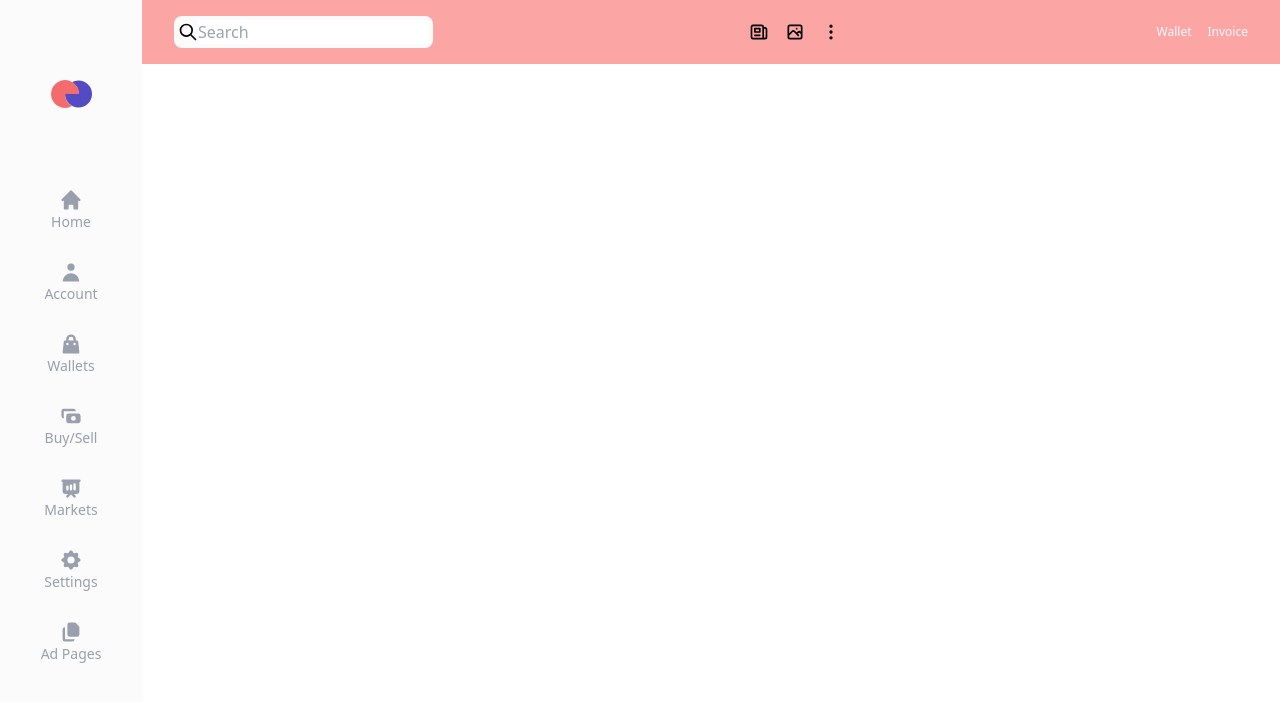
Repository: almaqdad55/crypto-app-nextjs
Page: /
The author's editor kept a copy of each file at every save. The page is drawn from the files as they stood at one save, then again after the next save.
The browser window is 1280 px wide. The pictures show the whole page.
The project was rebuilt for these pictures with package versions that can differ from the ones it lists, and the page was loaded fresh each time. The framework's server and built-in components were replaced by stand-ins that run in the browser.

Above is the page before, as saved 2022-01-04 20:07:12.

### pages/index.js
import Head from 'next/head';
import Sidebar from '../components/Sidebar';
import Feed from '../components/Feed';

export default function Home() {
  return (
    <div className="">
      <Head>
        <title>Crypto Trade</title>
        <link rel="icon" href="/logo.svg" />
      </Head>

      <main className="flex">
        <Sidebar />
        <Feed />
        {/* Widget */}
      </main>
    </div>
  );
}

### styles/globals.css
@import url('https://fonts.googleapis.com/css2?family=Lato:wght@300;400;700&display=swap');

@tailwind base;
@tailwind components;
@tailwind utilities;

@layer base {
  body {
    @apply bg-white;
  }
}

@layer components {
  .icon-group {
    @apply flex flex-col  items-center text-sm cursor-pointer text-[#9A9FAD] hover:text-[#544AC3] transition duration-200;
  }
}

### components/Sidebar.jsx
import {
  HomeIcon,
  UserIcon,
  CashIcon,
  ShoppingBagIcon,
  PresentationChartBarIcon,
  CogIcon,
  DocumentDuplicateIcon,
} from '@heroicons/react/solid';

const Sidebar = () => {
  return (
    <div className="flex flex-col items-center  h-screen w-[142px]  bg-[#fbfbfb] ">
      <div className="mt-20">
        <img src="/logo.svg" alt="" />
      </div>
      <div className="mb-40 mt-20 flex flex-col space-y-7">
        <div className="icon-group group">
          <HomeIcon className="h-6 " />
          <span className="">Home</span>
        </div>
        <div className="icon-group group">
          <UserIcon className="h-6 " />
          <span className="">Account</span>
        </div>
        <div className="icon-group group">
          <ShoppingBagIcon className="h-6 " />
          <span className="">Wallets</span>
        </div>
        <div className="icon-group group ">
          <CashIcon className="h-6 " />
          <span className="">Buy/Sell</span>
        </div>
        <div className="icon-group group">
          <PresentationChartBarIcon className="h-6 " />
          <span className="">Markets</span>
        </div>
        <div className="icon-group group">
          <CogIcon className="h-6 " />
          <span className="">Settings</span>
        </div>
        <div className="icon-group group">
          <DocumentDuplicateIcon className="h-6 " />
          <span className="">Ad Pages</span>
        </div>
      </div>
    </div>
  );
};

export default Sidebar;

### components/Feed.jsx
import {
  DotsVerticalIcon,
  PhotographIcon,
  NewspaperIcon,
  SearchIcon,
} from '@heroicons/react/outline';

// import { SearchIcon } from '@heroicons/react/solid';
const Feed = () => {
  return (
    <div className=" flex-grow  ">
      <div className="flex items-center bg-red-300 justify-between py-4 px-8">
        <div className="flex items-center bg-[#fbfbfb] rounded-lg p-1">
          <SearchIcon className="h-5" />
          <input type="text" placeholder={`Search`} className="outline-none" />
        </div>
        <div className="flex space-x-4">
          <NewspaperIcon className="h-5" />
          <PhotographIcon className="h-5" />
          <DotsVerticalIcon className="h-5" />
        </div>
        <div className="flex text-xs space-x-4 text-[#fbfbfb]">
          <p>Wallet</p>
          <p>Invoice</p>
        </div>
      </div>
    </div>
  );
};

export default Feed;

### tailwind.config.js
module.exports = {
  content: [
    './pages/**/*.{js,ts,jsx,tsx}',
    './components/**/*.{js,ts,jsx,tsx}',
  ],
  theme: {
    extend: {
      fontFamily: {
        Lato: ['Lato', 'sans-serif'],
      },
    },
  },
  plugins: [],
};

Loaded but not shown: pages/_app.js (common file); pages/api/hello.js (common file); pages/api/city.js (no copy from this time; the picture is the same without it); pages/api/getYTData.js (no copy from this time; the picture is the same without it)

After the next save:
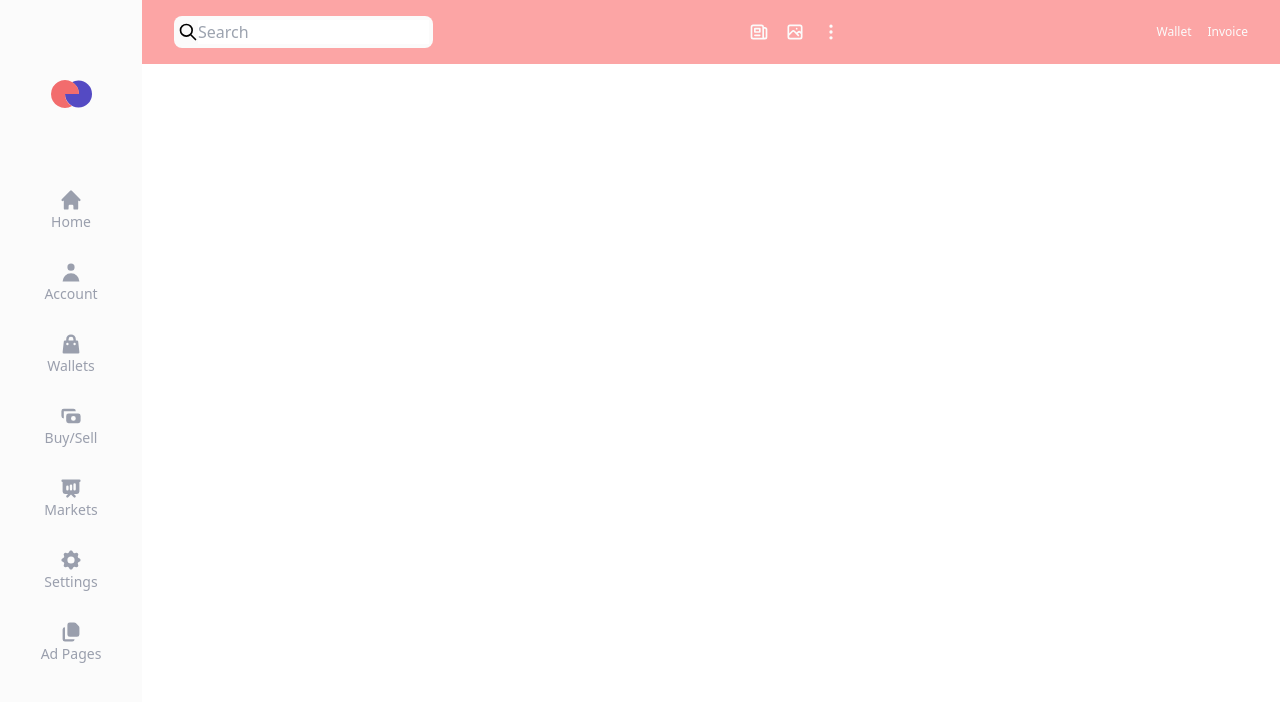
Saved 19 s later.
--- a/components/Feed.jsx
+++ b/components/Feed.jsx
@@ -14,7 +14,7 @@ const Feed = () => {
           <SearchIcon className="h-5" />
           <input type="text" placeholder={`Search`} className="outline-none" />
         </div>
-        <div className="flex space-x-4">
+        <div className="flex space-x-4 text-[#fbfbfb]">
           <NewspaperIcon className="h-5" />
           <PhotographIcon className="h-5" />
           <DotsVerticalIcon className="h-5" />
